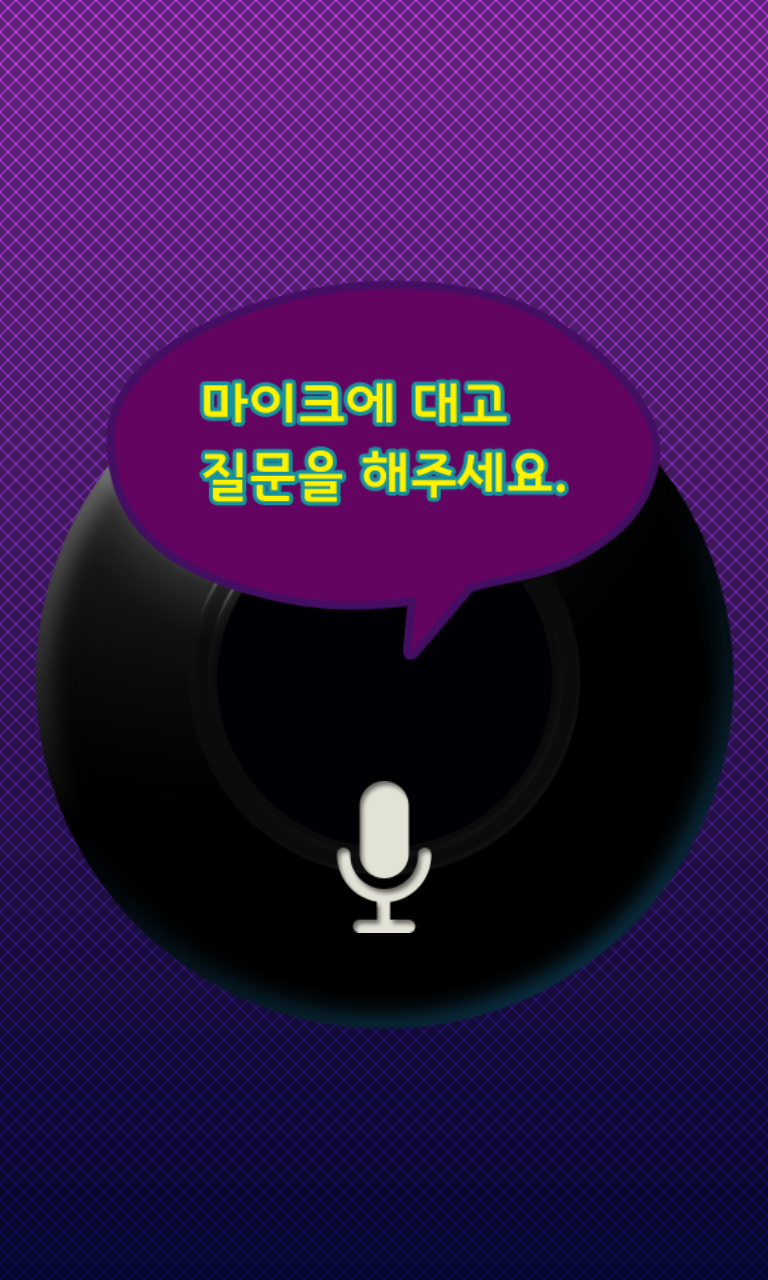
Repository: LimHeeJho/masicBall
Layout: MagicBall/res/layout/activity_main.xml
The author's editor kept a copy of each file at every save. The layout is drawn from the files as they stood at one save, then again after the next save.
It is drawn on a 768 x 1280 px phone screen (xhdpi) without system bars, with theme AppTheme; the app's code is not run.

Above is the layout before, as saved 2013-07-17 08:19:19.

### MagicBall/res/layout/activity_main.xml
<RelativeLayout xmlns:android="http://schemas.android.com/apk/res/android"
    xmlns:tools="http://schemas.android.com/tools"
    android:layout_width="fill_parent"
    android:layout_height="fill_parent"
    tools:context=".MainActivity" >

    <RelativeLayout
        android:layout_width="fill_parent"
        android:layout_height="fill_parent"
        android:layout_alignParentLeft="true"
        android:layout_alignParentTop="true"
        android:background="@drawable/background" >

        <RelativeLayout
            android:layout_width="350dp"
            android:layout_height="400dp"
            android:layout_marginTop="140dp"
            android:layout_centerHorizontal="true"
             >

            <ImageView
                android:id="@+id/imageView1"
                android:layout_width="fill_parent"
                android:layout_height="fill_parent"
                android:layout_alignParentTop="true"
                android:layout_centerHorizontal="true"
                android:src="@drawable/ball" />

                    <ImageView
            android:id="@+id/guide1"
            android:layout_width="wrap_content"
            android:layout_height="wrap_content"
            android:layout_alignParentTop="true"
            android:layout_centerHorizontal="true"
            android:src="@drawable/guide_mod" />

        <ImageView
            android:id="@+id/mic"
            android:layout_width="wrap_content"
            android:layout_height="wrap_content"
            android:layout_below="@+id/guide1"
            android:layout_centerHorizontal="true"
            android:layout_marginTop="60dp"
            android:src="@drawable/mic" />
        </RelativeLayout>
    </RelativeLayout>

</RelativeLayout>

Loaded but not shown: MagicBall/res/values/styles.xml (common file); MagicBall/res/values-v11/styles.xml (common file); MagicBall/res/values-v14/styles.xml (common file)

After the next save:
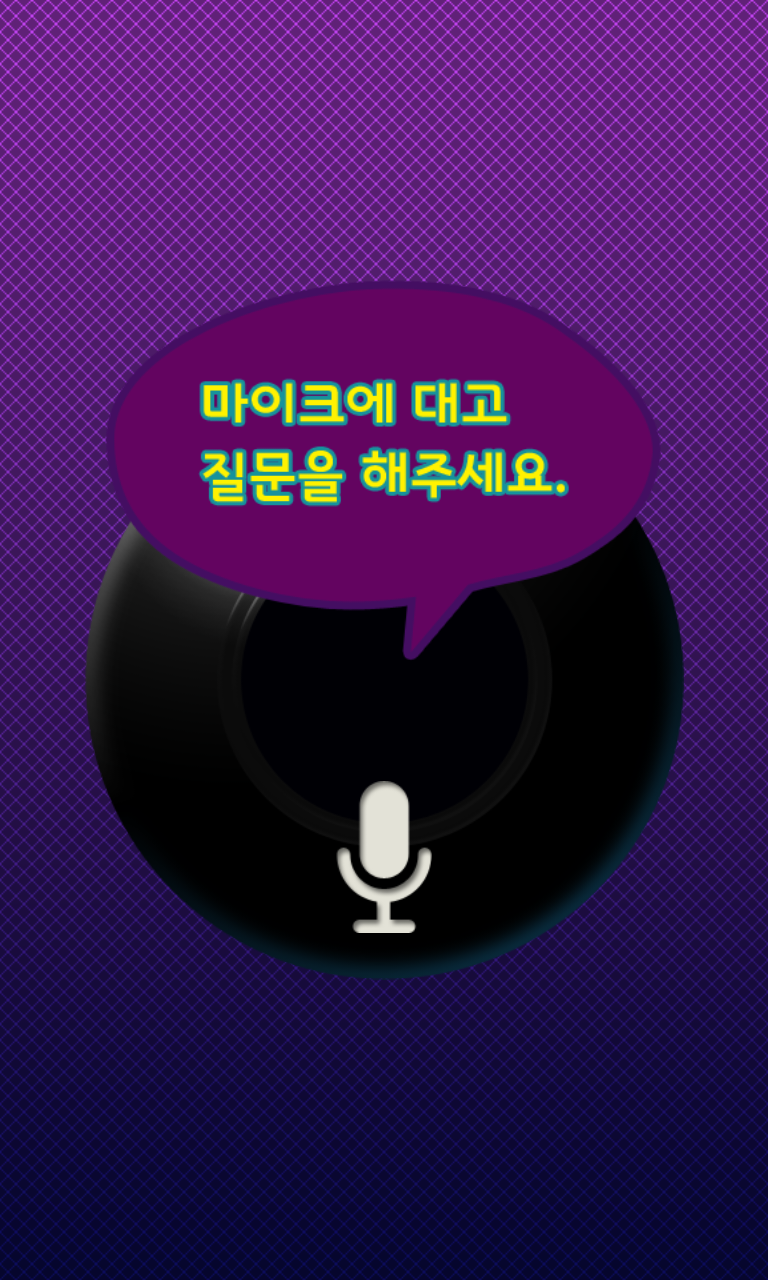
Saved 14 s later.
--- a/MagicBall/res/layout/activity_main.xml
+++ b/MagicBall/res/layout/activity_main.xml
@@ -12,7 +12,7 @@
         android:background="@drawable/background" >
 
         <RelativeLayout
-            android:layout_width="350dp"
+            android:layout_width="300dp"
             android:layout_height="400dp"
             android:layout_marginTop="140dp"
             android:layout_centerHorizontal="true"
